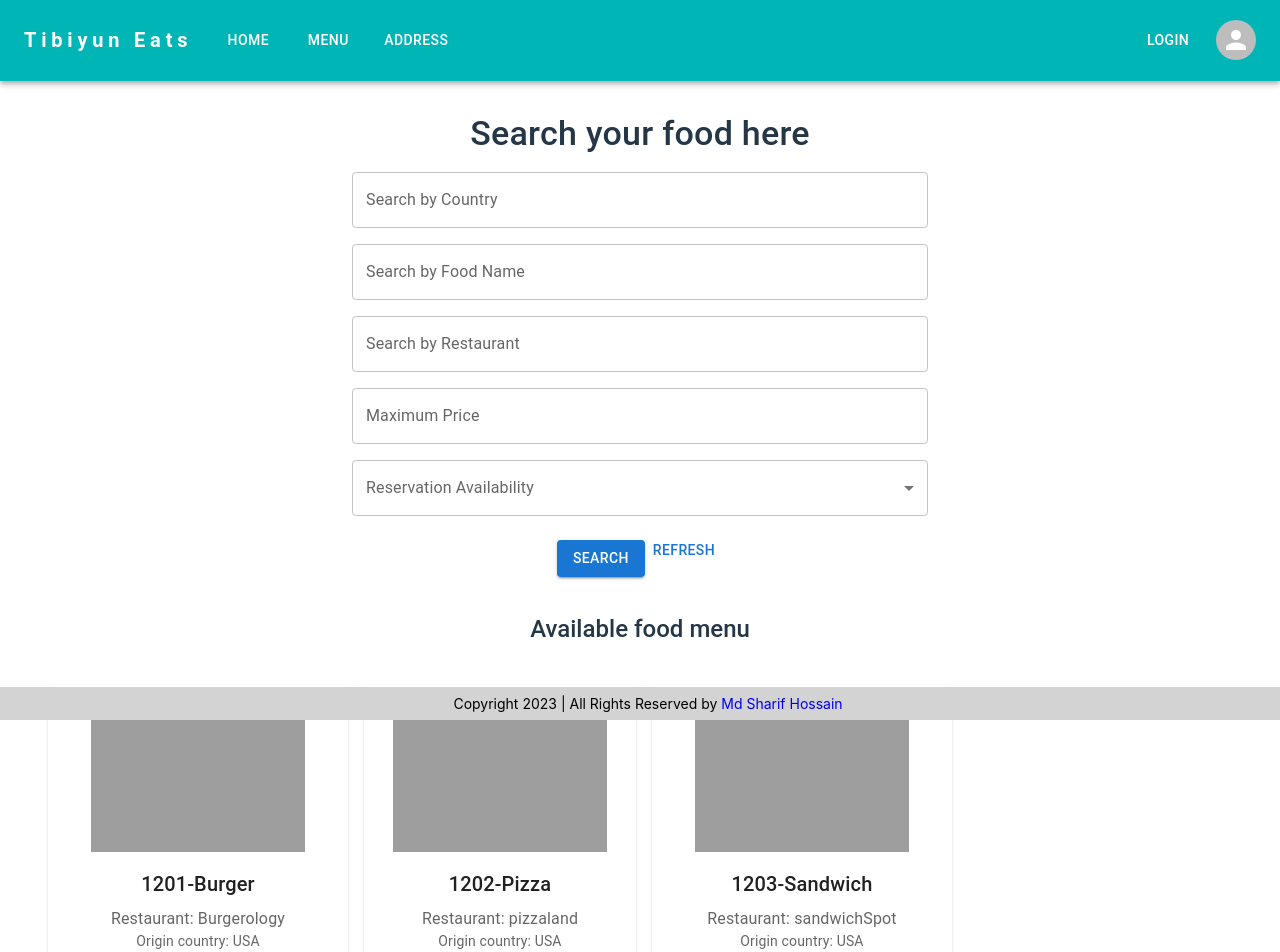
Repository: Sharif-00112/tibiyun-test-frontend
Page: /
These files come from the project's save history. The page is drawn as it stood at one moment and after the next save; the edit follows.
The browser window is 1280 px wide. The pictures show the part of the page from y = 0 to 952 px (the page is 3146 px tall).
Pictures or frames that could not be fetched are drawn as grey boxes. The page's requests for data from a server got no answer. The project was rebuilt for these pictures with package versions that can differ from the ones it lists, and the page was loaded fresh each time. No one was signed in, and anything a server would have sent is missing. Also part of the build but not shown: src/Pages/NotFound/NotFound.js, src/Pages/Login/Login/Login.js, src/Pages/Login/Register/Register.js, src/Pages/Dashboard/Dashboard/Dashboard.js, src/Pages/Login/PrivateRoute/PrivateRoute.js, src/Pages/Dashboard/AdminPanel/AdminPanel.js. Imported but missing from the stored project, and not drawn on this page: src/Pages/Login/AdminRoute/AdminRoute, src/hooks/useTitle.

Above is the page before, as saved 2023-08-22 15:18:09.

After the next save:
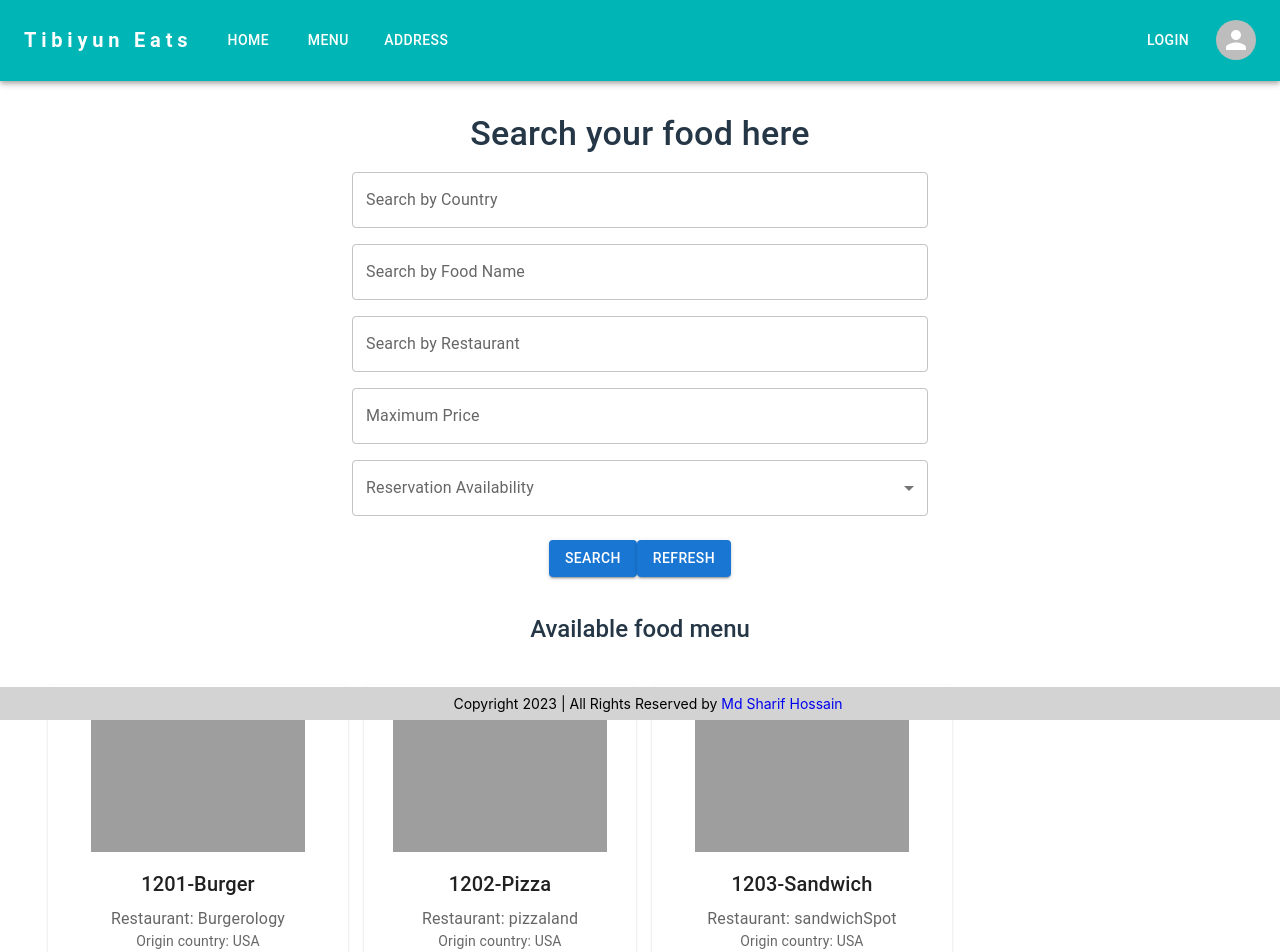
Saved 66 s later.
--- a/src/Pages/Home/WholeMenu/WholeMenu.js
+++ b/src/Pages/Home/WholeMenu/WholeMenu.js
@@ -144,7 +144,14 @@ const WholeMenu = () => {
                 >
                     Search
                 </Button>
-                <Button href="/">Refresh</Button>
+                <Button
+                    variant="contained"
+                    color="primary"
+                    sx={{ mt: 2 }}
+                    href="/"
+                >
+                    Refresh
+                </Button>
                 <br /><br />
                 <Typography sx={{ fontWeight: 500, m: 2, color: '#253746' }} gutterBottom variant="h5" component="div">
                     Available food menu
